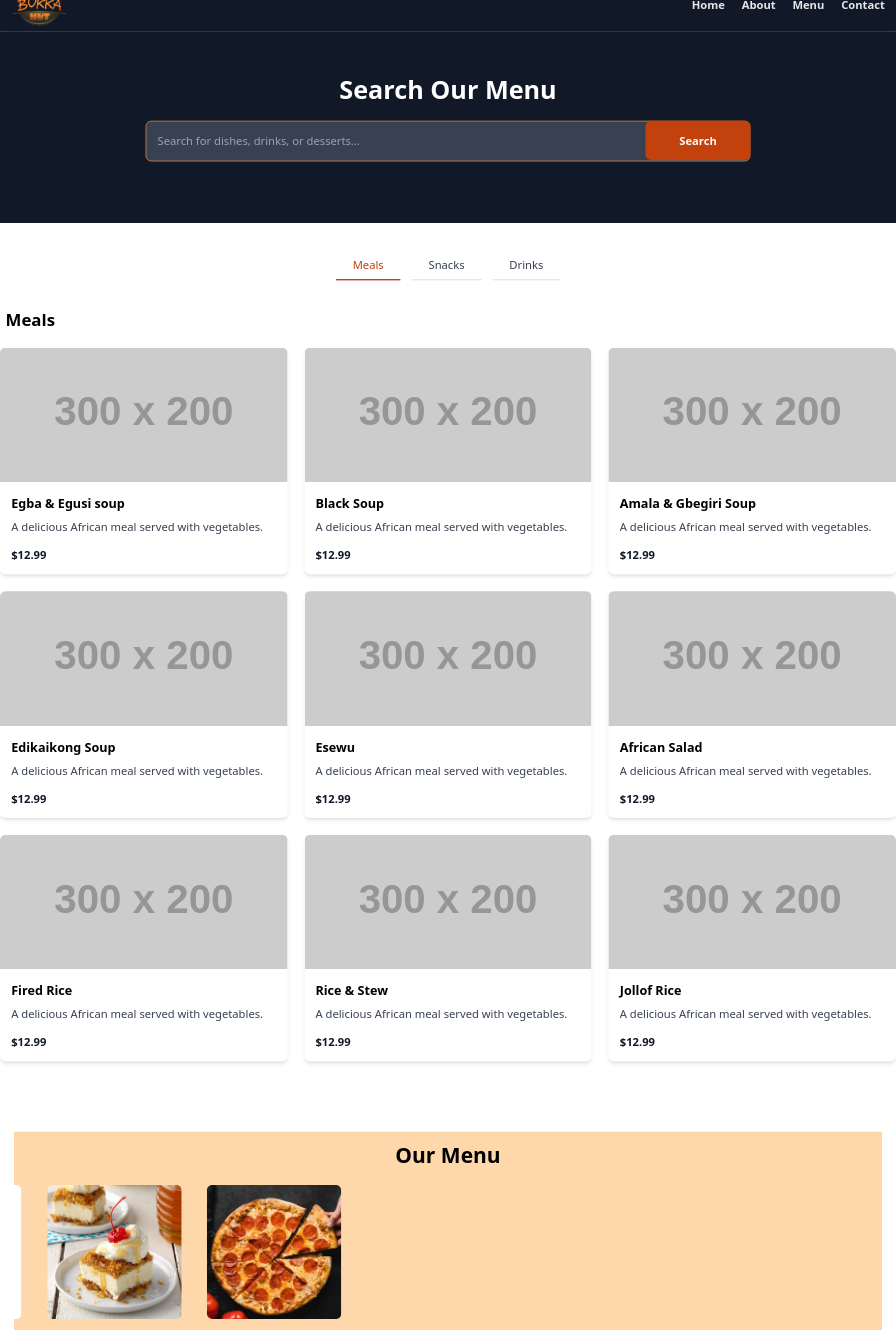
Repository: countaustin1990/BUKKAHUT
Page: Menu.test.html
The author's editor kept a copy of each file at every save. The page is drawn from the files as they stood at one save, then again after the next save.
The browser window is 1280 px wide. The pictures show the part of the page from y = 32 to 1932 px (the page is 2302 px tall before and 2650 px after), at 70% of full size.
A picture or video elsewhere on the page could not be fetched, so the positions and the page height are approximate. Some web libraries are served in a nearby version.

Above is the page before, as saved 2024-08-26 01:41:26.

### Menu.test.html
<!DOCTYPE html>
<html lang="en">

<head>
    <meta name="viewport" content="width=device-width, initial-scale=1.0">
    <meta property="Logo" content="./Logo.png" />

    <title>Bukka Hut</title>
    <link rel="stylesheet" href="style.css" />
    <script src="https://cdn.tailwindcss.com"></script>
    <link rel="stylesheet"
        href="https://cdnjs.cloudflare.com/ajax/libs/font-awesome/6.0.0-beta3/css/all.min.css">
    <style>
        @keyframes scroll {
            0% {
                transform: translateX(0);
            }

            100% {
                transform: translateX(-100%);
            }
        }

        .animate-scroll {
            display: inline-flex;
            animation: scroll 10s linear infinite;
        }
    </style>
</head>

<body class="font-sans antialiased">
    <!-- Back to Top Button -->
    <button id="backToTop"
        class="fixed bottom-8 right-8 text-bold bg-orange-700 text-gray-800 p-4 rounded-full shadow-lg hover:bg-orange-600 transition-transform transform hover:scale-110">
        <svg xmlns="http://www.w3.org/2000/svg" class="h-6 w-6 text-gray-200 mx-auto" fill="none" viewBox="0 0 24 24"
            stroke="currentColor" stroke-width="2">
            <path stroke-linecap="round" stroke-linejoin="round" d="M5 10l7-7m0 0l7 7m-7-7v18" />
        </svg>
    </button>

    <!-- Navigation -->
    <nav class="shadow-md bg-gray-900 text-gray-200">
        <div class="container mx-auto px-4 py-2 flex items-center justify-between">
            <a href="#" class="text-2xl font-bold text-blue-600 flex items-center">
                <img src="Logo-r.png" alt="Bukka Hut" width="80">
            </a>
            <div class="hidden md:flex space-x-6">
                <a href="index.html" class="text-gray-200 hover:text-orange-700 font-bold">Home</a>
                <a href="About.html" class="text-gray-200 hover:text-orange-700 font-bold">About</a>
                <a href="Menu.html" class="text-gray-200 hover:text-orange-700 font-bold">Menu</a>
                <a href="./Contact.main.html" class="text-gray-200 hover:text-orange-700 font-bold">Contact</a>
            </div>
            <button id="menu-button" class="md:hidden text-white focus:outline-none">
                <svg xmlns="http://www.w3.org/2000/svg" fill="none" viewBox="0 0 24 24" stroke="currentColor"
                    class="w-6 h-6">
                    <path stroke-linecap="round" stroke-linejoin="round" stroke-width="2"
                        d="M4 6h16M4 12h16M4 18h16" />
                </svg>
            </button>
        </div>

        <!-- Mobile Menu -->
        <div id="mobile-menu" class="hidden md:hidden bg-gray-900 shadow-md">
            <a href="index.html" class="block px-4 py-2 text-white hover:bg-orange-600">Home</a>
            <a href="About.html" class="block px-4 py-2 text-white hover:bg-orange-600">About</a>
            <a href="Menu.html" class="block px-4 py-2 text-white hover:bg-orange-600">Menu</a>
            <a href="Contact.main.html" class="block px-4 py-2 text-white hover:bg-orange-600">Contact</a>
        </div>
    </nav>

    <!-- Search Bar Section -->
    <section class="py-16 bg-gray-900 text-white">
        <div class="max-w-4xl mx-auto px-4 text-center">
            <h2 class="text-4xl font-bold mb-6">Search Our Menu</h2>
            <div class="relative">
                <input id="searchInput" type="text" placeholder="Search for dishes, drinks, or desserts..."
                    class="w-full p-4 rounded-lg bg-gray-700 border border-orange-400 focus:outline-none focus:ring-2 focus:ring-yellow-500">
                <button id="searchButton"
                    class="absolute right-0 top-0  bg-orange-700 hover:bg-orange-600 text-white px-12 py-4 font-semibold rounded-lg">
                    Search
                </button>
            </div>
            <ul id="resultsList" class="mt-6 text-left"></ul>
        </div>
    </section>

    <!-- Tabs for Menu Categories -->
    <div class="container mx-auto py-10" id="menuItems">
        <div class="flex justify-center mb-8">
            <button class="tab-btn text-orange-700 border-b-2 px-6 py-2 mx-2 focus:outline-none focus:border-b-4 border-orange-700"
                onclick="showTab('meals')">Meals</button>
            <button class="tab-btn text-gray-700 border-b-2 px-6 py-2 mx-2 focus:outline-none"
                onclick="showTab('snacks')">Snacks</button>
            <button class="tab-btn text-gray-700 border-b-2 px-6 py-2 mx-2 focus:outline-none"
                onclick="showTab('drinks')">Drinks</button>
        </div>

        <!-- Meals Tab -->
        <div id="meals" class="tab-content">
            <h2 class="text-2xl font-bold mb-4 p-2">Meals</h2>
            <div class="grid grid-cols-1 sm:grid-cols-2 lg:grid-cols-3 gap-6">
                <!-- Meal Cards -->
                <div class="bg-white shadow-md rounded-lg overflow-hidden">
                    <img src="https://via.placeholder.com/300x200" alt="Meal" class="w-full h-48 object-cover">
                    <div class="p-4">
                        <h3 class="text-lg font-bold mb-2">Egba & Egusi soup</h3>
                        <p class="text-gray-700">A delicious African meal served with vegetables.</p>
                        <p class="text-gray-900 font-bold mt-4">$12.99</p>
                    </div>
                </div>
                <!-- Meal Cards -->
                <div class="bg-white shadow-md rounded-lg overflow-hidden">
                    <img src="https://via.placeholder.com/300x200" alt="Meal" class="w-full h-48 object-cover">
                    <div class="p-4">
                        <h3 class="text-lg font-bold mb-2">Black Soup</h3>
                        <p class="text-gray-700">A delicious African meal served with vegetables.</p>
                        <p class="text-gray-900 font-bold mt-4">$12.99</p>
                    </div>
                </div>
                <!-- Add more meal cards as needed -->
                <!-- Meal Cards -->
                <div class="bg-white shadow-md rounded-lg overflow-hidden">
                    <img src="https://via.placeholder.com/300x200" alt="Meal" class="w-full h-48 object-cover">
                    <div class="p-4">
                        <h3 class="text-lg font-bold mb-2">Amala & Gbegiri Soup</h3>
                        <p class="text-gray-700">A delicious African meal served with vegetables.</p>
                        <p class="text-gray-900 font-bold mt-4">$12.99</p>
                    </div>
                </div>
                <!-- Add more meal cards as needed -->
                <!-- Meal Cards -->
                <div class="bg-white shadow-md rounded-lg overflow-hidden">
                    <img src="https://via.placeholder.com/300x200" alt="Meal" class="w-full h-48 object-cover">
                    <div class="p-4">
                        <h3 class="text-lg font-bold mb-2">Edikaikong Soup</h3>
                        <p class="text-gray-700">A delicious African meal served with vegetables.</p>
                        <p class="text-gray-900 font-bold mt-4">$12.99</p>
                    </div>
                </div>
                <!-- Add more meal cards as needed -->
                <!-- Meal Cards -->
                <div class="bg-white shadow-md rounded-lg overflow-hidden">
                    <img src="https://via.placeholder.com/300x200" alt="Meal" class="w-full h-48 object-cover">
                    <div class="p-4">
                        <h3 class="text-lg font-bold mb-2">Esewu</h3>
                        <p class="text-gray-700">A delicious African meal served with vegetables.</p>
                        <p class="text-gray-900 font-bold mt-4">$12.99</p>
                    </div>
                </div>
                <!-- Add more meal cards as needed -->
                <!-- Meal Cards -->
                <div class="bg-white shadow-md rounded-lg overflow-hidden">
                    <img src="https://via.placeholder.com/300x200" alt="Meal" class="w-full h-48 object-cover">
                    <div class="p-4">
                        <h3 class="text-lg font-bold mb-2">African Salad</h3>
                        <p class="text-gray-700">A delicious African meal served with vegetables.</p>
                        <p class="text-gray-900 font-bold mt-4">$12.99</p>
                    </div>
                </div>
                <!-- Add more meal cards as needed -->
                <!-- Meal Cards -->
                <div class="bg-white shadow-md rounded-lg overflow-hidden">
                    <img src="https://via.placeholder.com/300x200" alt="Meal" class="w-full h-48 object-cover">
                    <div class="p-4">
                        <h3 class="text-lg font-bold mb-2">Fired Rice</h3>
                        <p class="text-gray-700">A delicious African meal served with vegetables.</p>
                        <p class="text-gray-900 font-bold mt-4">$12.99</p>
                    </div>
                </div>
                <!-- Add more meal cards as needed -->
                <!-- Meal Cards -->
                <div class="bg-white shadow-md rounded-lg overflow-hidden">
                    <img src="https://via.placeholder.com/300x200" alt="Meal" class="w-full h-48 object-cover">
                    <div class="p-4">
                        <h3 class="text-lg font-bold mb-2">Rice & Stew</h3>
                        <p class="text-gray-700">A delicious African meal served with vegetables.</p>
                        <p class="text-gray-900 font-bold mt-4">$12.99</p>
                    </div>
                </div>
                <!-- Add more meal cards as needed -->
                 <!-- Meal Cards -->
                <div class="bg-white shadow-md rounded-lg overflow-hidden">
                    <img src="https://via.placeholder.com/300x200" alt="Meal" class="w-full h-48 object-cover">
                    <div class="p-4">
                        <h3 class="text-lg font-bold mb-2">Jollof Rice</h3>
                        <p class="text-gray-700">A delicious African meal served with vegetables.</p>
                        <p class="text-gray-900 font-bold mt-4">$12.99</p>
                    </div>
                </div>
                <!-- Add more meal cards as needed -->
            </div>
        </div>

        <!-- Snacks Tab (Hidden by default) -->
        <div id="snacks" class="tab-content hidden">
            <h2 class="text-2xl font-bold mb-4 p-2">Snacks</h2>
            <div class="grid grid-cols-1 sm:grid-cols-2 lg:grid-cols-3 gap-6">
                <!-- Snack Cards -->
                <div class="bg-white shadow-md rounded-lg overflow-hidden">
                    <img src="https://via.placeholder.com/300x200" alt="Snack" class="w-full h-48 object-cover">
                    <div class="p-4">
                        <h3 class="text-lg font-bold mb-2">Puff Puff</h3>
                        <p class="text-gray-700">A popular West African snack.</p>
                        <p class="text-gray-900 font-bold mt-4">$4.99</p>
                    </div>
                </div>
                <!-- Add more snack cards as needed -->
            </div>
        </div>

        <!-- Drinks Tab (Hidden by default) -->
        <div id="drinks" class="tab-content hidden">
            <h2 class="text-2xl font-bold mb-4 p-2">Drinks</h2>
            <div class="grid grid-cols-1 sm:grid-cols-2 lg:grid-cols-3 gap-6">
                <!-- Drink Cards -->
                <div class="bg-white shadow-md rounded-lg overflow-hidden">
                    <img src="https://via.placeholder.com/300x200" alt="Drink" class="w-full h-48 object-cover">
                    <div class="p-4">
                        <h3 class="text-lg font-bold mb-2">Chapman</h3>
                        <p class="text-gray-700">A refreshing non-alcoholic Nigerian cocktail.</p>
                        <p class="text-gray-900 font-bold mt-4">$5.99</p>
                    </div>
                </div>
                <!-- Add more drink cards as needed -->
            </div>
        </div>
    </div>
    <!--------------------------------------------------------------------------------------------->
  <section class="flex justify-center items-center p-5 container mx-auto vote">
  <div class="overflow-x-auto whitespace-nowrap py-4 px-6 bg-orange-200 mt-5 container mx-auto">
    <h2 class="text-3xl text-center font-bold mb-6">Our Menu</h2>
    <div class="animate-scroll">
      <a href="Menu.html">
        <img src="burger.jpg" alt="Burger" class="inline-block h-48 mx-4 rounded-lg">
        <img src="fries.jpg" alt="Fries" class="inline-block h-48 mx-4 rounded-lg">
        <img src="drink.jpg" alt="Drink" class="inline-block h-48 mx-4 rounded-lg">
        <img src="dessert.jpg" alt="Dessert" class="inline-block h-48 mx-4 rounded-lg">
        <img src="pizza.jpg" alt="Pizza" class="inline-block h-48 mx-4 rounded-lg">
      </a>
      <!-- Repeat images as needed to fill the scroll area -->
    </div>
  </div>
</section>

    <!-- Menu Scroll Section -->
    <section class="flex justify-center items-center p-5 container mx-auto rounded-lg">
        <div class="overflow-x-auto whitespace-nowrap py-4 px-6 bg-orange-200 mt-5 container mx-auto">
            <h2 class="text-3xl text-center font-bold mb-6">Our Menu</h2>
            <div class="animate-scroll">
                <img src="burger.jpg" alt="Burger" class="inline-block h-48 mx-4 rounded-lg">
                <img src="fries.jpg" alt="Fries" class="inline-block h-48 mx-4 rounded-lg">
                <img src="salad.jpg" alt="Salad" class="inline-block h-48 mx-4 rounded-lg">
                <!-- Add more images as needed -->
            </div>
        </div>
    </section>

   <script>
    // JavaScript for Tab Functionality
    function showTab(tabName) {
        const tabs = document.querySelectorAll('.tab-content');
        tabs.forEach(tab => tab.classList.add('hidden'));
        document.getElementById(tabName).classList.remove('hidden');
        document.querySelectorAll('.tab-btn').forEach(button => button.classList.remove('border-orange-700', 'text-orange-700'));
        document.querySelector(`[onclick="showTab('${tabName}')"]`).classList.add('border-orange-700', 'text-orange-700');
    }

    // Mobile Menu Toggle
    document.getElementById('menu-button').addEventListener('click', function () {
        document.getElementById('mobile-menu').classList.toggle('hidden');
    });

    // Back to Top Button
    const backToTopButton = document.getElementById('backToTop');
    window.addEventListener('scroll', () => {
        if (window.scrollY > 300) {
            backToTopButton.classList.remove('hidden');
        } else {
            backToTopButton.classList.add('hidden');
        }
    });

    backToTopButton.addEventListener('click', () => {
        window.scrollTo({ top: 0, behavior: 'smooth' });
    });

    // Search Functionality
    document.getElementById('searchButton').addEventListener('click', function () {
        const searchQuery = document.getElementById('searchInput').value.toLowerCase();
        const resultsList = document.getElementById('resultsList');
        resultsList.innerHTML = '';

        // Mock data categorized by tabs
        const menuItems = {
            meals: [
                'Egba & Egusi soup',
                'Black Soup',
                'Amala & Gbegiri Soup',
                'Edikaikong Soup',
                'Esewu',
                'African Salad',
                'Fired Rice',
                'Rice & Stew',
                'Jollof Rice',
                'Coconut Rice'
                ],
            snacks: ['Puff Puff'],
            drinks: ['Chapman']
        };

        let foundItem = false;

        Object.keys(menuItems).forEach(tabName => {
            menuItems[tabName].forEach(item => {
                if (item.toLowerCase().includes(searchQuery)) {
                    foundItem = true;
                    // Display the corresponding tab
                    showTab(tabName);

                    // Find the relevant item in the tab and highlight it
                    const tabContent = document.getElementById(tabName);
                    const itemElements = tabContent.querySelectorAll('h3');
                    itemElements.forEach(el => {
                        if (el.textContent.toLowerCase().includes(searchQuery)) {
                            el.scrollIntoView({ behavior: 'smooth', block: 'center' });
                            el.classList.add('bg-yellow-300'); // Highlighting the item
                            setTimeout(() => {
                                el.classList.remove('bg-yellow-300');
                            }, 2000);
                        }
                    });
                }
            });
        });

        // If no item is found, show a message
        if (!foundItem) {
            resultsList.innerHTML = '<li class="text-red-500">No items found matching your search.</li>';
        }
    });
</script>

</body>

</html>

### style.css
/*CSS*/

#backToTop {
  z-index: 1000;
}

#home {
    height: 80svh;
}

#about {
    height: 40svh;
    margin-bottom: 150px;
}
.vote {
    margin-top: 20px;
}

.abata {
    padding: 16px 20px;
}

After the next save:
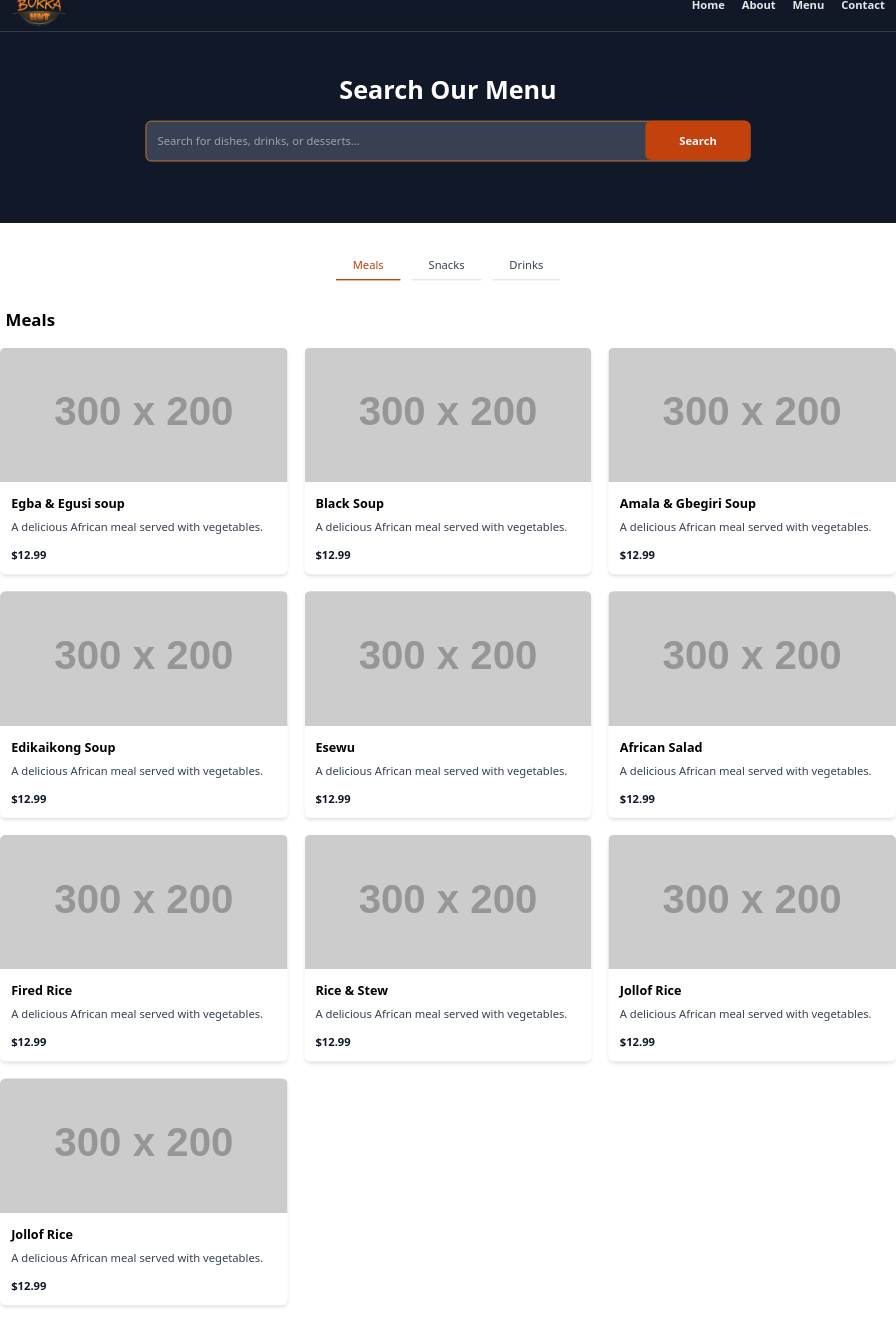
Saved 28 s later.
--- a/Menu.test.html
+++ b/Menu.test.html
@@ -178,6 +178,15 @@
                     </div>
                 </div>
                 <!-- Add more meal cards as needed -->
+                 <!-- Meal Cards -->
+                <div class="bg-white shadow-md rounded-lg overflow-hidden">
+                    <img src="https://via.placeholder.com/300x200" alt="Meal" class="w-full h-48 object-cover">
+                    <div class="p-4">
+                        <h3 class="text-lg font-bold mb-2">Jollof Rice</h3>
+                        <p class="text-gray-700">A delicious African meal served with vegetables.</p>
+                        <p class="text-gray-900 font-bold mt-4">$12.99</p>
+                    </div>
+                </div>
                  <!-- Meal Cards -->
                 <div class="bg-white shadow-md rounded-lg overflow-hidden">
                     <img src="https://via.placeholder.com/300x200" alt="Meal" class="w-full h-48 object-cover">
